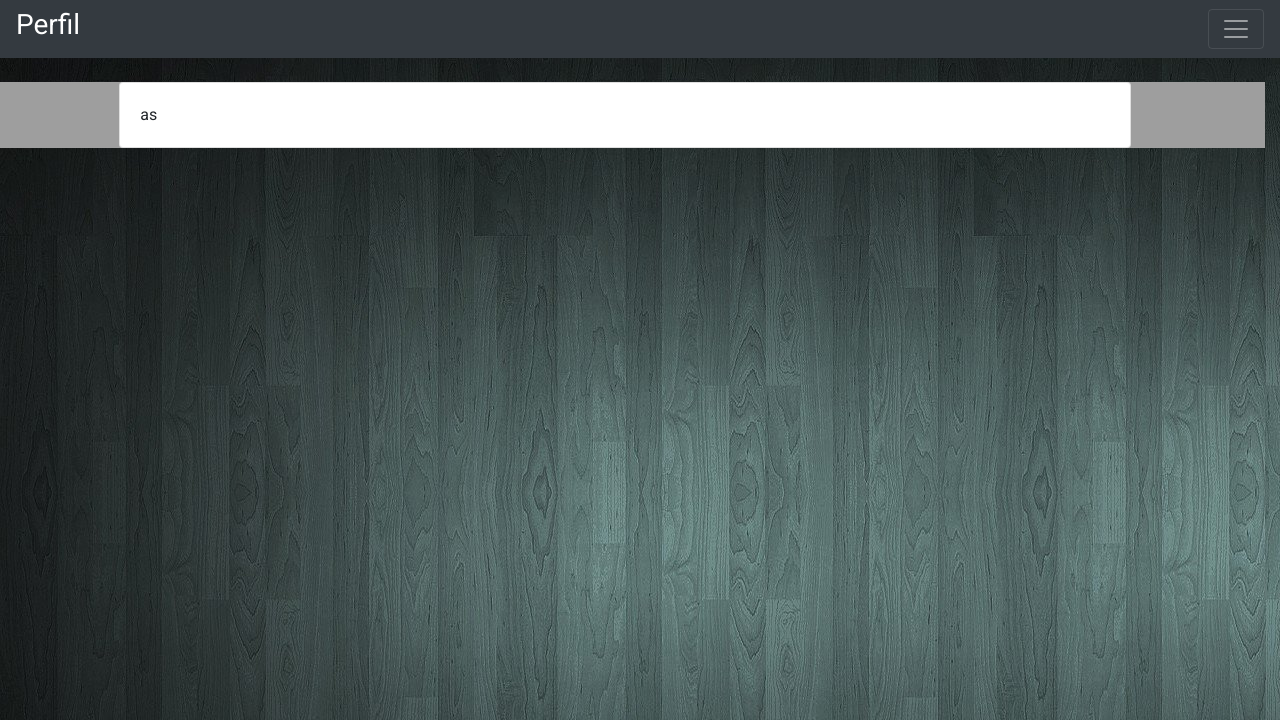
Repository: UncEmerson/UncEmerson
Page: index.html
These files come from the project's save history. The page is drawn as it stood at one moment and after the next save; the edit follows.
The browser window is 1280 px wide. The pictures show the whole page.
Pictures or frames that could not be fetched are drawn as grey boxes.

Above is the page before, as saved 2019-06-12 00:42:37.

### index.html
<!DOCTYPE html>
<html lang="en">

<head>
    <meta charset="UTF-8">
    <meta name="viewport" content="width=device-width, initial-scale=1.0">
    <meta http-equiv="X-UA-Compatible" content="ie=edge">
    <title>Inicio</title>

    <link rel="stylesheet" href="bower_components/bootstrap/css/bootstrap.min.css">
    <link href="https://fonts.googleapis.com/css?family=Roboto&display=swap" rel="stylesheet">
    <link href="https://fonts.googleapis.com/icon?family=Material+Icons" rel="stylesheet">
    <link rel="stylesheet" href="style.css">

</head>

<body class="fondo1">
    <header>
        <div class="pos-f-t">
            <div class="collapse" id="navbarToggleExternalContent">
                <div class="bg-dark p-4">
                    <div class="col-md-12">
                        <div class="row  text-white text-center">
                            <div class="col-md-8">
                                <div class="row">
                                    <div class="col-md-4">
                                        <div class="card-transparent">
                                            <a href="" class="btn text-white">
                                                <i class="medium material-icons">person</i><br> Perfil
                                            </a>
                                        </div>
                                    </div>
                                    <div class="col-md-4">
                                        <div class="card-transparent">
                                            <a href="" class="btn text-white">
                                                <i class="medium material-icons">people</i><br> Contactos
                                            </a>
                                        </div>
                                    </div>
                                    <div class="col-md-4">
                                        <div class="card-transparent">
                                            <a href="" class="btn text-white">
                                                <i class="medium material-icons">burst_mode</i><br> Lugares Turísticos
                                            </a>
                                        </div>
                                    </div>
                                </div>
                            </div>
                            <div class="col-md-4">
                                <div class="card-transparent">
                                    <div class="card-body">
                                        social
                                    </div>
                                </div>
                            </div>
                        </div>
                    </div>
                </div>
            </div>
            <nav class="navbar navbar-dark bg-dark ">
                <h3 class="text-white">Perfil</h3>
                <button class="navbar-toggler" type="button" data-toggle="collapse" data-target="#navbarToggleExternalContent" aria-controls="navbarToggleExternalContent" aria-expanded="false" aria-label="Toggle navigation">
                        <span class="navbar-toggler-icon"></span>
                      </button>
            </nav>
        </div>
    </header>

    <section class="set1 mt-4 col-md-12 row justify-content-center ">
        <article class="col-md-10">
            <article class="card">
                <article class="card-body">
                    as
                </article>
            </article>
        </article>
    </section>


</body>
<script src="bower_components/jquery/dist/jquery.slim.min.js"></script>
<script src="bower_components/bootstrap/js/bootstrap.min.js"></script>

</html>

### style.css
* {
    font-family: 'Roboto', sans-serif;
}

.fondo1 {
    background: url(images/fondo1.jpg)
}

.medium {
    font-size: 4rem
}

.set1 {
    background: url(images/set1.jpg)
}

Loaded but not shown: bower_components/bootstrap/css/bootstrap.min.css (library); bower_components/jquery/dist/jquery.slim.min.js (library); bower_components/bootstrap/js/bootstrap.min.js (library)

After the next save:
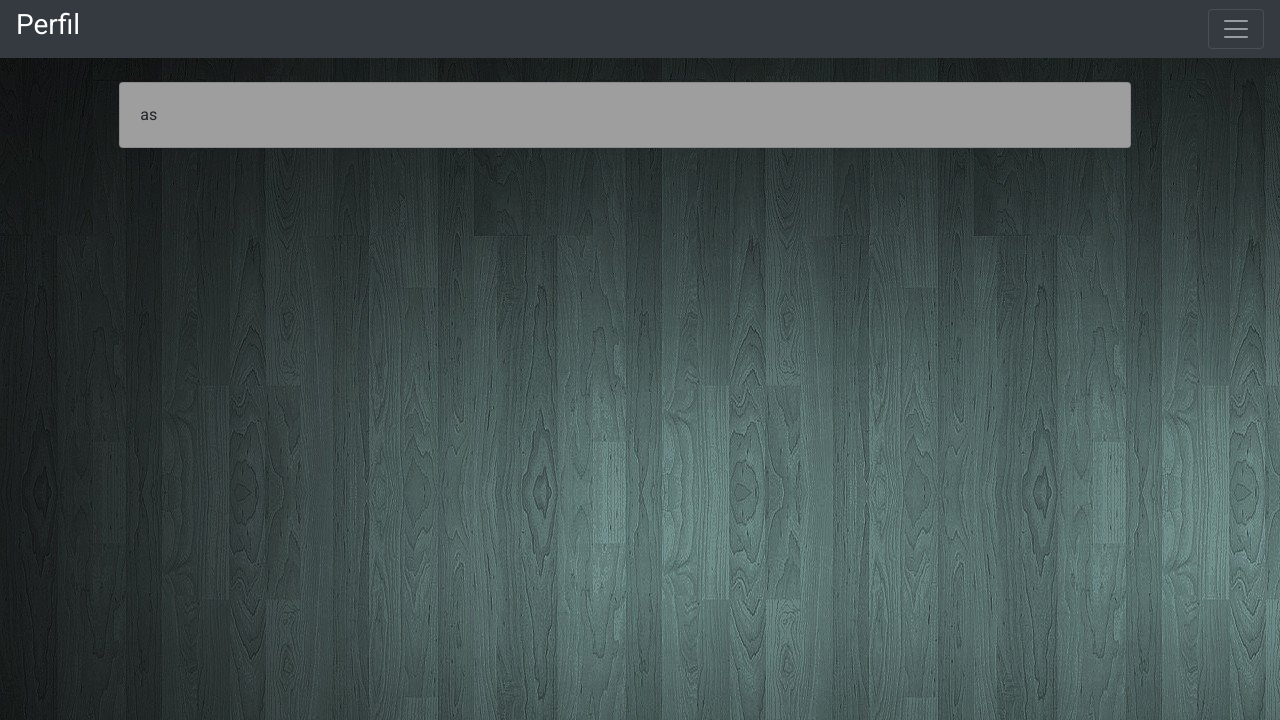
Saved 31 s later.
--- a/index.html
+++ b/index.html
@@ -66,9 +66,9 @@
         </div>
     </header>
 
-    <section class="set1 mt-4 col-md-12 row justify-content-center ">
+    <section class=" mt-4 col-md-12 row justify-content-center ">
         <article class="col-md-10">
-            <article class="card">
+            <article class="card set1">
                 <article class="card-body">
                     as
                 </article>

After the save that followed:
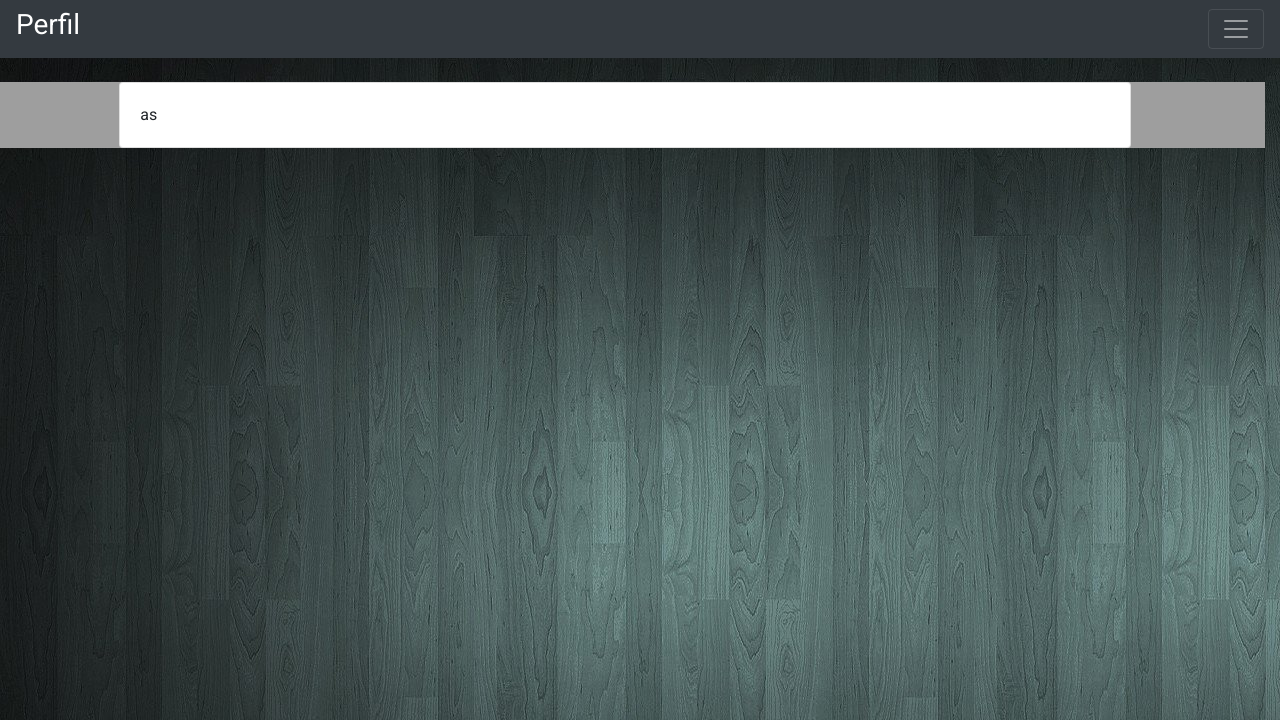
Saved 20 s later.
--- a/index.html
+++ b/index.html
@@ -66,9 +66,9 @@
         </div>
     </header>
 
-    <section class=" mt-4 col-md-12 row justify-content-center ">
+    <section class="set1 mt-4 col-md-12 row justify-content-center ">
         <article class="col-md-10">
-            <article class="card set1">
+            <article class="card">
                 <article class="card-body">
                     as
                 </article>
